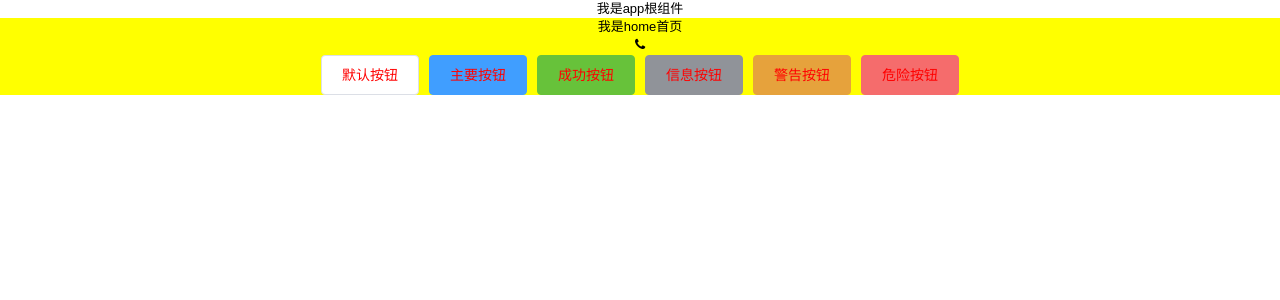
Repository: wuder-jie/Manager-System
Page: /
These files come from the project's save history. The page is drawn as it stood at one moment and after the next save; the edit follows.
The browser window is 1280 px wide. The pictures show the whole page.
The project was rebuilt for these pictures with package versions that can differ from the ones it lists, and the page was loaded fresh each time. Also part of the build but not shown: vue.config.js.

Above is the page before, as saved 2022-11-26 15:20:09.

### src/main.js
import Vue from "vue";
import App from "./App.vue";
import ElementUI from "element-ui";
import "element-ui/lib/theme-chalk/index.css";
// 引入reset样式重置文件。
import "@/assets/css/reset.css";
// 引入图标样式
import "font-awesome/css/font-awesome.min.css";
// 引入axios
import axios from "axios";
// 引入路由器
import router from "@/router";
// 把axios挂载到原型，所有的vc都可访问。
Vue.prototype.axios = axios;
Vue.config.productionTip = false;
Vue.use(ElementUI);

new Vue({ router, render: (h) => h(App) }).$mount("#app");

### src/App.vue
<template>
  <div id="app">
    <h3>我是app根组件</h3>
    <router-view></router-view>
  </div>
</template>

<script>
export default {
  name: "app",
  data() {
    return {};
  },
  components: {},
  methods: {},
};
</script>
<style lang="scss">
.suc {
  background-color: red;
}
</style>

### src/assets/css/reset.css
body {
  font-family:arial,helvetica,sans-serif;
  font-size:13px;
  font-size-adjust:none;
  font-stretch:normal;
  font-style:normal;
  font-variant:normal;
  font-weight:normal;
  line-height:1.4;
  text-align:center;
  }
  body, ul, ol, dl, dd, h1, h2, h3, h4, h5, h6, p, form, fieldset, legend, input, textarea, select, button, th, td {
  margin:0;
  padding:0;
  }
  h1, h2, h3, h4, h5, h6 {
  font-size:100%;
  font-weight:normal;
  }
  table {
  font-size:inherit;
  }
  input, select {
  font-family:arial,helvetica,clean,sans-serif;
  font-size:100%;
  font-size-adjust:none;
  font-stretch:normal;
  font-style:normal;
  font-variant:normal;
  font-weight:normal;
  line-height:normal;
  }
  button {
  overflow:visible;
  }
  th, em, strong, b, address, cite {
  font-style:normal;
  font-weight:normal;
  }
  li {
  list-style-image:none;
  list-style-position:outside;
  list-style-type:none;
  }
  img, fieldset {
  border:0 none;
  }
  ins {
  text-decoration:none;
  }

### src/router/index.js
import Vue from "vue";
import Router from "vue-router";
Vue.use(Router);
const routes = [
  {
    path: "/",
    redirect: "/home",
  },
  {
    name: "home",
    path: "/home",
    component: () => import("@/pages/home"),
    // 路由懒加载
    // 异步组件
    // component: (resolve) => require(["@/pages/home"], resolve),
  },
];

const router = new Router({
  mode: "history",
  routes,
});
export default router;

### src/pages/home/index.vue
<template>
  <div id="home">
    <h3>我是home首页</h3>
    <i class="fa fa-phone" aria-hidden="true"></i>
    <el-row>
      <el-button>默认按钮</el-button>
      <el-button type="primary">主要按钮</el-button>
      <el-button type="success">成功按钮</el-button>
      <el-button type="info">信息按钮</el-button>
      <el-button type="warning">警告按钮</el-button>
      <el-button type="danger">危险按钮</el-button>
    </el-row>
  </div>
</template>

<script>
export default {
  name: "HomeItem",
  data() {
    return {};
  },
  components: {},
  methods: {},
};
</script>
<style lang="scss" scoped>
#home{
  background-color: yellow;
  .el-button{
    color: red;
  }
}
</style>

Loaded but not shown: public/index.html (common file)

After the next save:
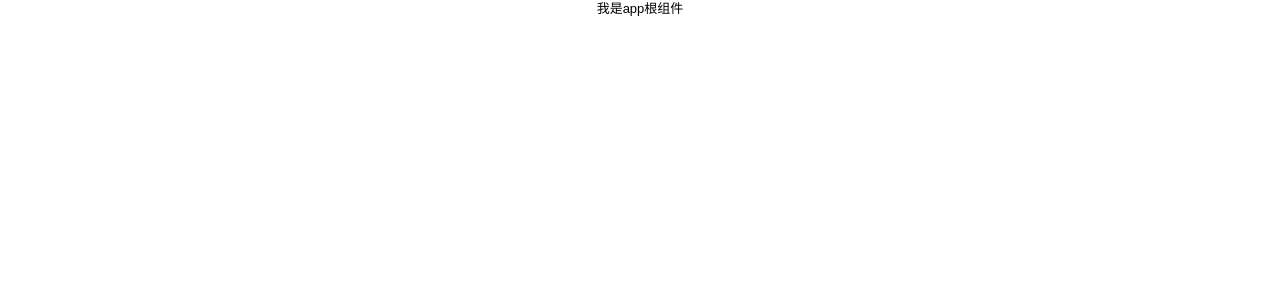
Saved 17 s later.
--- a/src/router/index.js
+++ b/src/router/index.js
@@ -4,7 +4,7 @@
 const routes = [
   {
     path: "/",
-    redirect: "/home",
+    redirect: "/login",
   },
   {
     name: "home",

After the 5 saves that followed:
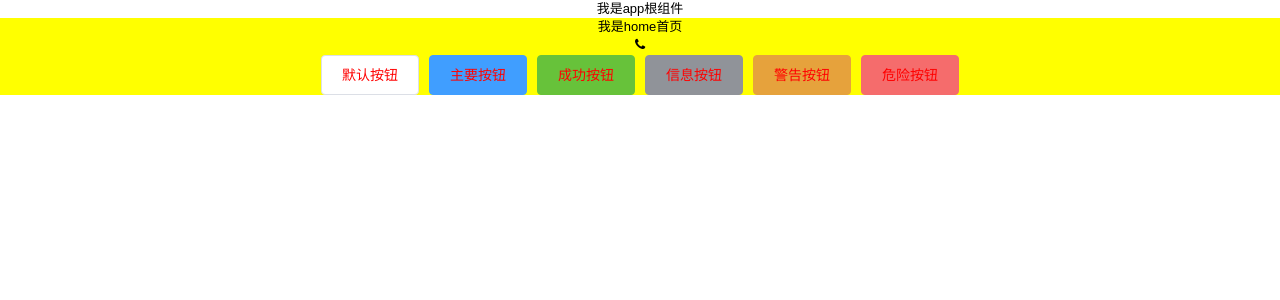
The 5 saves are shown as one change because 4 left the picture as it was.
The last was saved 35 s later.
--- a/src/router/index.js
+++ b/src/router/index.js
@@ -5,6 +5,14 @@
   {
     path: "/",
     redirect: "/login",
+  },
+  {
+    name: "login",
+    path: "/login",
+    component: () => import("@/pages/home"),
+    // 路由懒加载
+    // 异步组件
+    // component: (resolve) => require(["@/pages/home"], resolve),
   },
   {
     name: "home",
